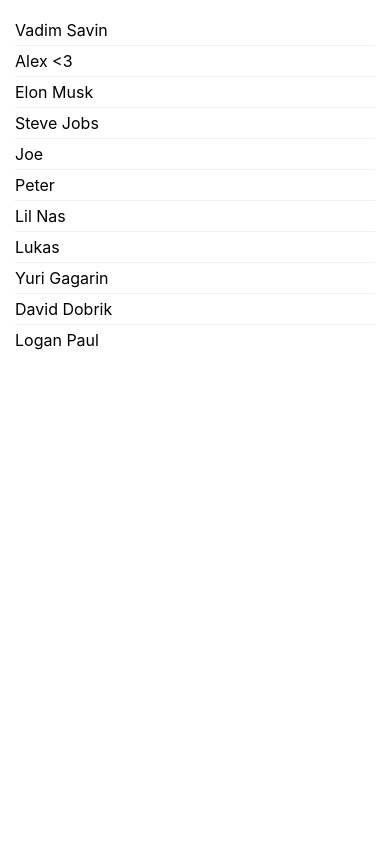
Repository: JennaFi/VideoCallApp
Screen: /
These files come from the project's save history. The screen is drawn as it stood at one moment and after the next save; the edit follows.
The app was drawn by React Native's web renderer in a window 390 px wide. The project was rebuilt for these pictures with package versions that can differ from the ones it lists, and the page was loaded fresh each time.

Above is the screen before, as saved 2022-01-06 01:17:24.

After the next save:
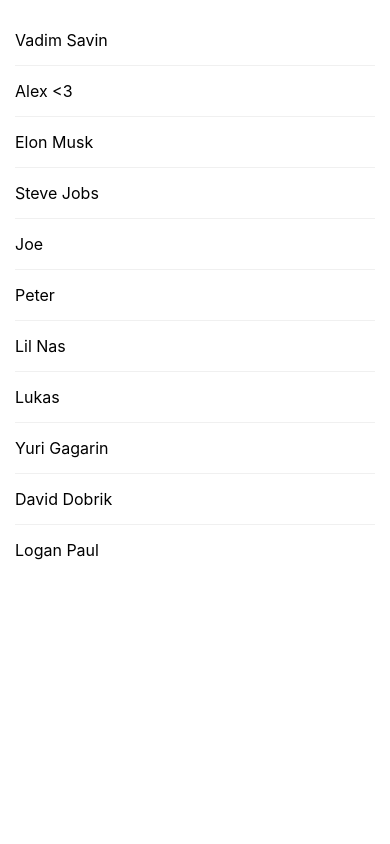
Saved 35 s later.
--- a/App.js
+++ b/App.js
@@ -30,7 +30,7 @@
         <FlatList
           data = {contacts}
           renderItem={({item}) => (
-          <Text style={styles.contactName}>{item.user_display_name}</Text>)}
+            <Text style={styles.contactName}>{item.user_display_name}</Text>)}
           ItemSeparatorComponent={() => <View style={styles.separator}/>}
         />
 
@@ -48,7 +48,7 @@
 
   contactName: {
     fontSize: 16,
-    marginVertical: 5,
+    marginVertical: 15,
   },
   separator: {
     width: '100%',
